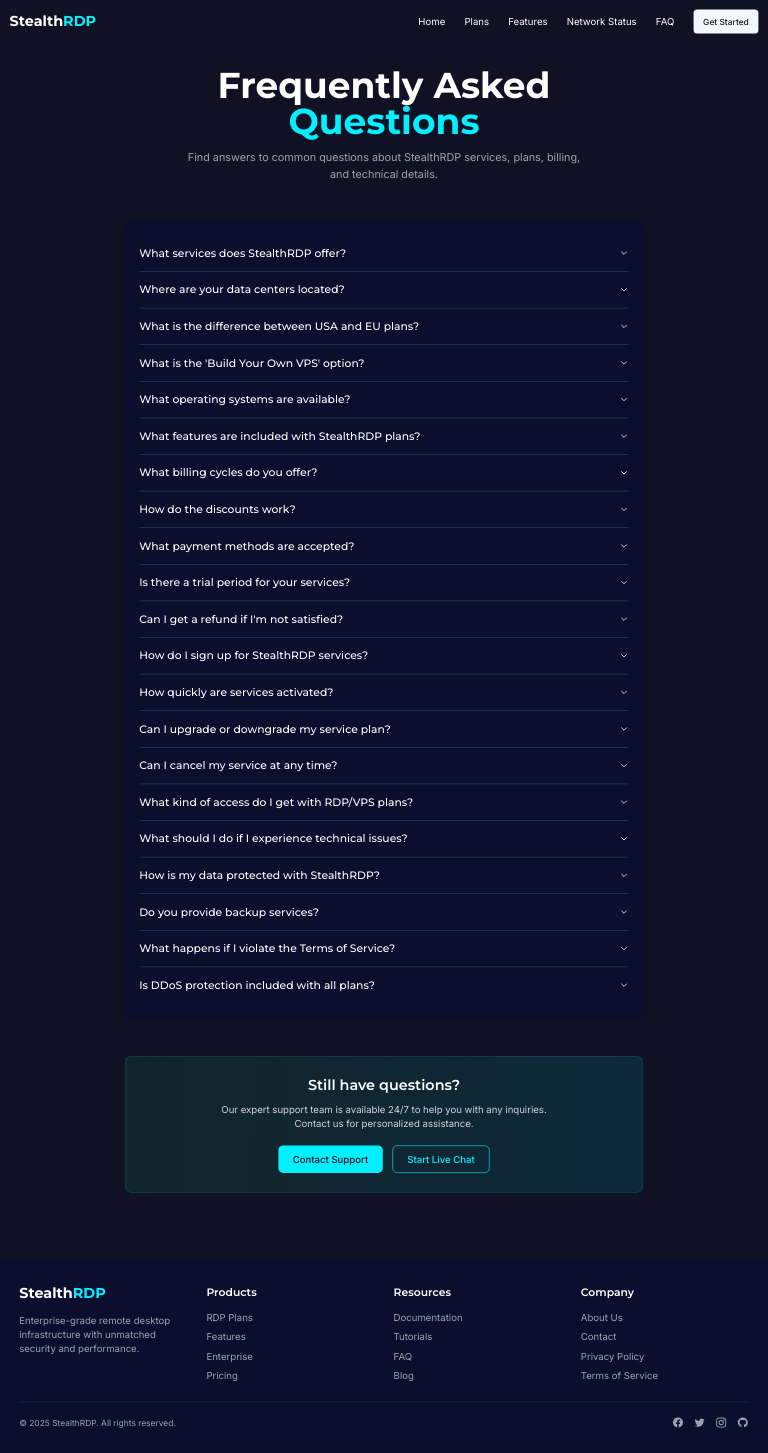
Repository: Husnainn01/stealthrdp2
Page: /faq
The author's editor kept a copy of each file at every save. The page is drawn from the files as they stood at one save, then again after the next save.
The browser window is 1280 px wide. The pictures show the whole page, at 60% of full size.
The project was rebuilt for these pictures with package versions that can differ from the ones it lists, and the page was loaded fresh each time. Also part of the build but not shown: vite.config.ts, src/components/ui/tooltip.tsx, src/pages/Index.tsx, src/components/ui/card.tsx, src/components/ui/tabs.tsx, src/pages/Plans.tsx, src/pages/Features.tsx, src/pages/NotFound.tsx.

Above is the page before, as saved 2025-05-05 04:13:57.

After the next save:
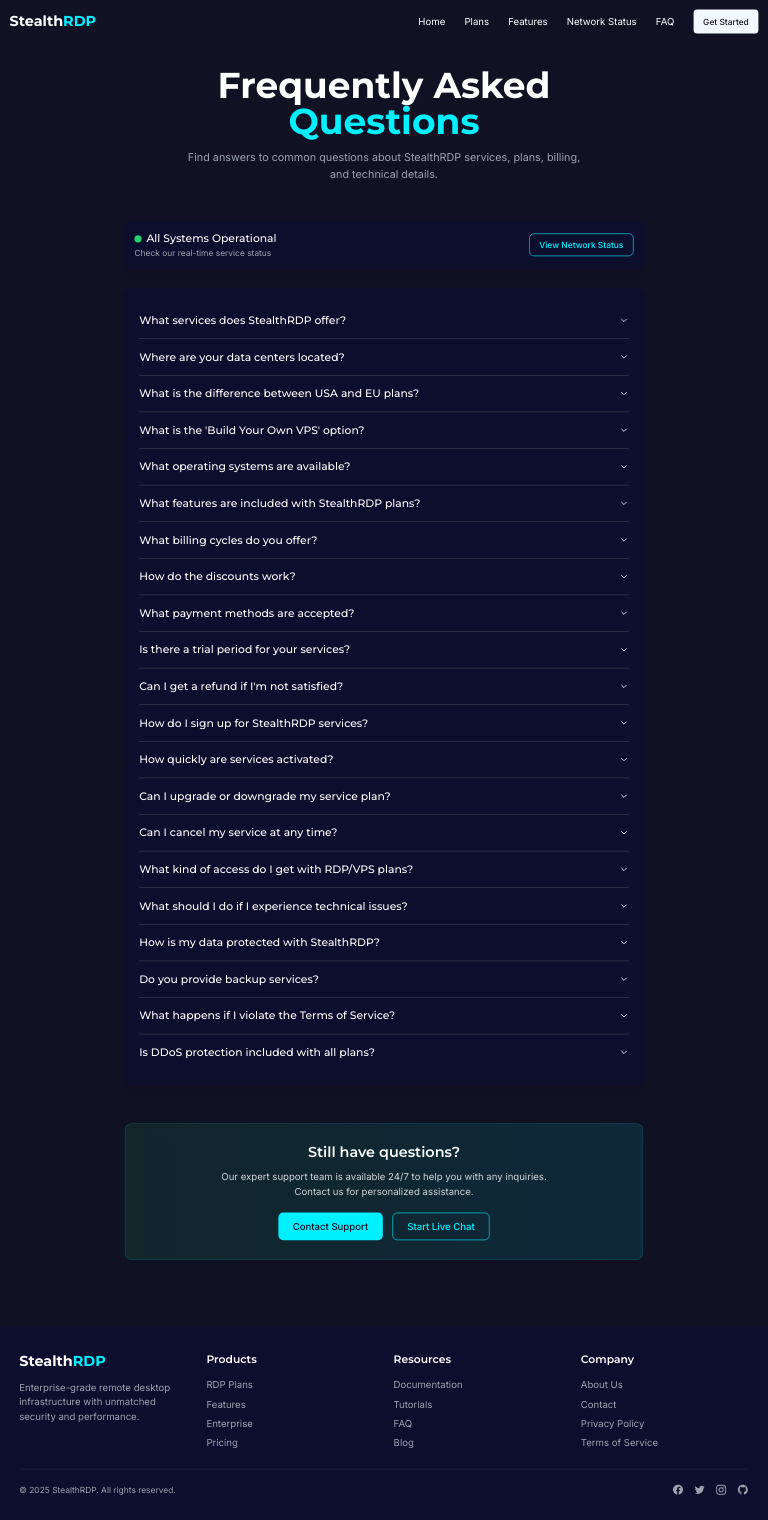
Saved 4 min 4 s later.
--- a/src/pages/FAQ.tsx
+++ b/src/pages/FAQ.tsx
@@ -98,6 +98,14 @@
     }
   ];
 
+  // Function to open network status in the same tab
+  const openNetworkStatus = () => {
+    window.location.href = '/network-status';
+    // Alternative methods:
+    // window.location.replace('/network-status');
+    // window.open('/network-status', '_self');
+  };
+
   return (
     <Layout>
       <div className="py-20 md:py-28 bg-charcoal text-white">
@@ -109,6 +117,23 @@
             <p className="text-gray-400 text-lg max-w-2xl mx-auto">
               Find answers to common questions about StealthRDP services, plans, billing, and technical details.
             </p>
+          </div>
+
+          {/* Network Status Bar */}
+          <div className="mb-8 bg-midnight rounded-lg p-4 shadow-lg flex flex-col sm:flex-row items-center justify-between">
+            <div>
+              <h3 className="font-medium text-white text-lg flex items-center">
+                <span className="w-3 h-3 rounded-full bg-cyber mr-2"></span>
+                All Systems Operational
+              </h3>
+              <p className="text-gray-400 text-sm">Check our real-time service status</p>
+            </div>
+            <button
+              onClick={openNetworkStatus}
+              className="mt-3 sm:mt-0 px-4 py-2 bg-midnight border border-electric text-electric hover:bg-electric/10 rounded-lg text-sm font-medium transition-colors"
+            >
+              View Network Status
+            </button>
           </div>
 
           {/* Single Accordion for all FAQs */}
